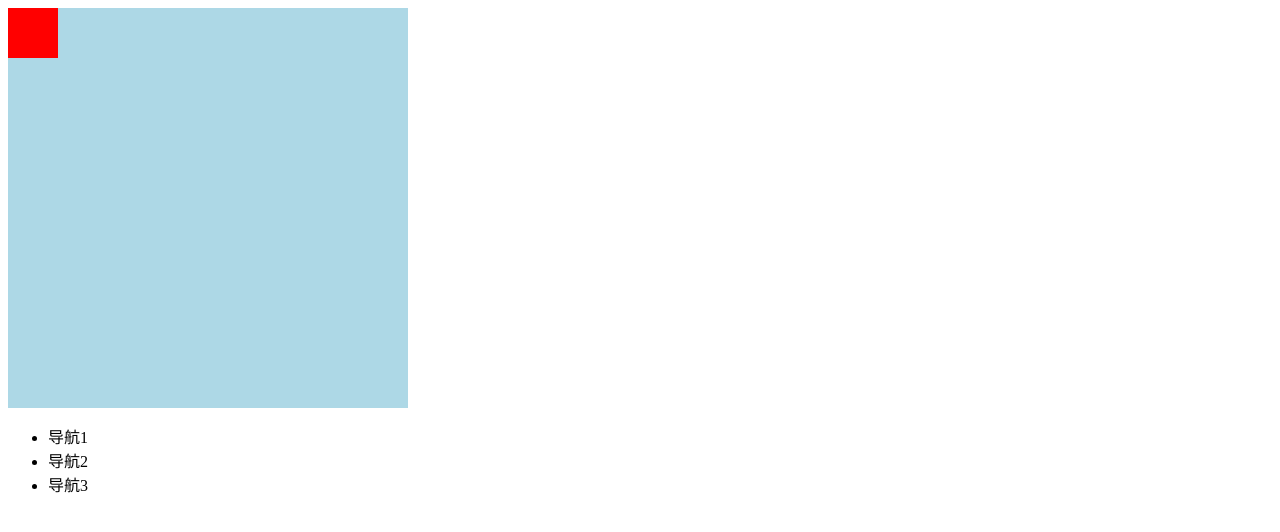
Repository: yuanliumaker/html-css-js
Page: css/float.html
An editor plug-in stored every save of this project. The page is shown before and after the next save, followed by the edit.
The browser window is 1280 px wide. The pictures show the whole page.

Above is the page before, as saved 2025-08-31 17:22:31.

### css/float.html
<!-- float属性定义元素在哪个方向上浮动,任何元素都可以浮动 方向 left right
 浮动以后元素脱离了文档流 这样解决了文档流比如说两个块之间存在间隙的问题
 当所有元素同时浮动的时候,会变成水平摆放,向左或者向右 应用场景将元素横向摆放-->
 <!DOCTYPE html>
 <html lang="en">
 <head>
    <meta charset="UTF-8">
    <meta name="viewport" content="width=device-width, initial-scale=1.0">
    <title>Document</title>
    <style>
        .box{
            width:50px;
            height:50px;
            float:left; /* left right none  */
            background-color:red;
        }
        .container{
            width:400px;
            height:400px;
            background-color:lightblue;

        }
        li{
            float:left
            margin:5px
        }
    </style>
 </head>
 <body>
    <div class="box"></div>
    <div class="container"></div>
    <ul>
        <li>导航1</li>
        <li>导航2</li>
        <li>导航3</li>
    </ul>
 </body>
 </html>

After the next save:
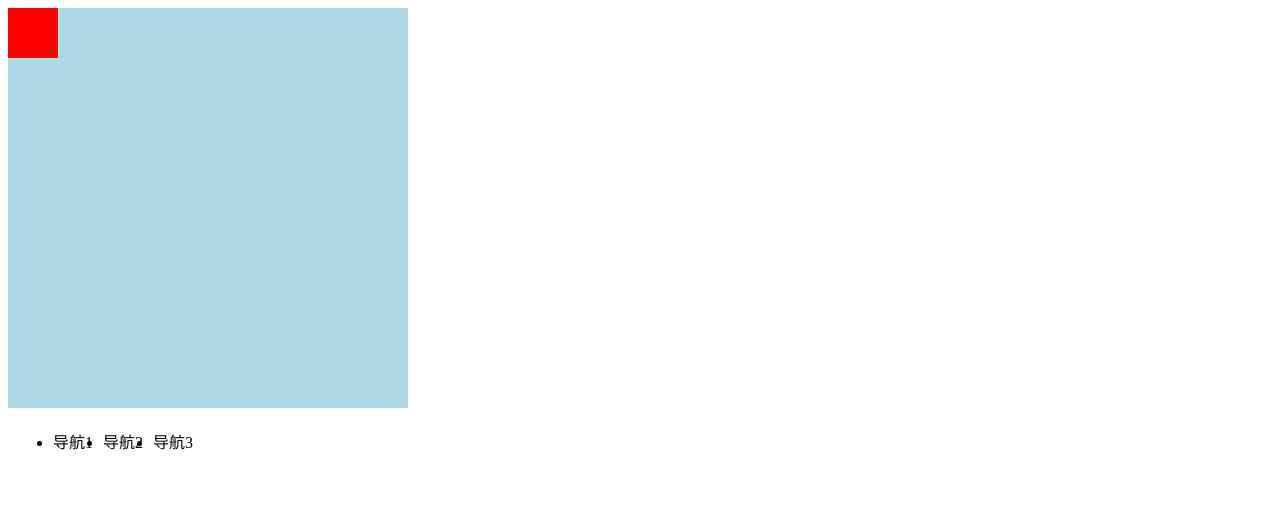
Saved 16 s later.
--- a/css/float.html
+++ b/css/float.html
@@ -21,8 +21,8 @@
 
         }
         li{
-            float:left
-            margin:5px
+            float:left;
+            margin:5px;
         }
     </style>
  </head>
